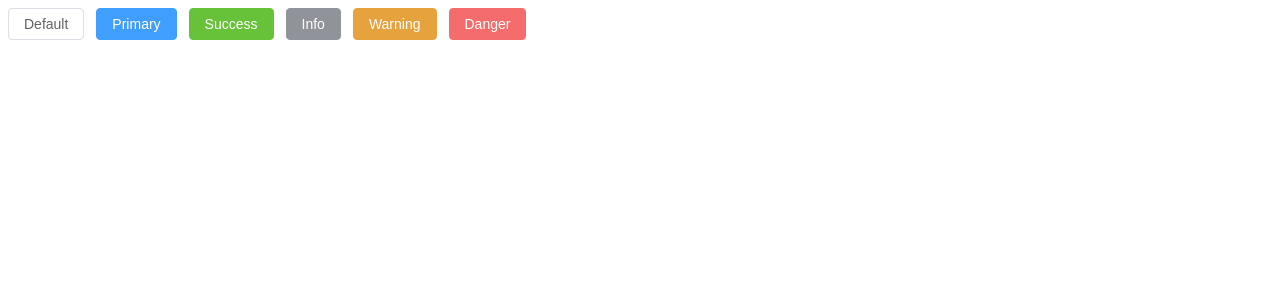
Repository: itpeilibo/vue3_admin-template
Page: /
The author's editor kept a copy of each file at every save. The page is drawn from the files as they stood at one save, then again after the next save.
The browser window is 1280 px wide. The pictures show the whole page.
The project was rebuilt for these pictures with package versions that can differ from the ones it lists, and the page was loaded fresh each time. Also part of the build but not shown: vite.config.ts.

Above is the page before, as saved 2023-12-05 14:05:05.

### index.html
<!doctype html>
<html lang="en">
  <head>
    <meta charset="UTF-8" />
    <link rel="icon" type="image/svg+xml" href="/vite.svg" />
    <meta name="viewport" content="width=device-width, initial-scale=1.0" />
    <title>V3 运营平台</title>
  </head>
  <body>
    <div id="app"></div>
    <script type="module" src="/src/main.ts"></script>
  </body>
</html>

### src/main.ts
import { createApp } from 'vue'

// 引入element-plus插件与样式
import ElementPlus from 'element-plus'
import 'element-plus/dist/index.css'

import App from './App.vue'
// 获取应用实例对象
const app = createApp(App)
// 安装element-plus插件
app.use(ElementPlus)
// 将应用挂载到挂载点上
app.mount('#app')

### src/App.vue
<template>
  <div>
    <el-button>Default</el-button>
    <el-button type="primary">Primary</el-button>
    <el-button type="success">Success</el-button>
    <el-button type="info">Info</el-button>
    <el-button type="warning">Warning</el-button>
    <el-button type="danger">Danger</el-button>
  </div>
</template>

<script lang="ts" setup></script>

<style></style>

After the next save:
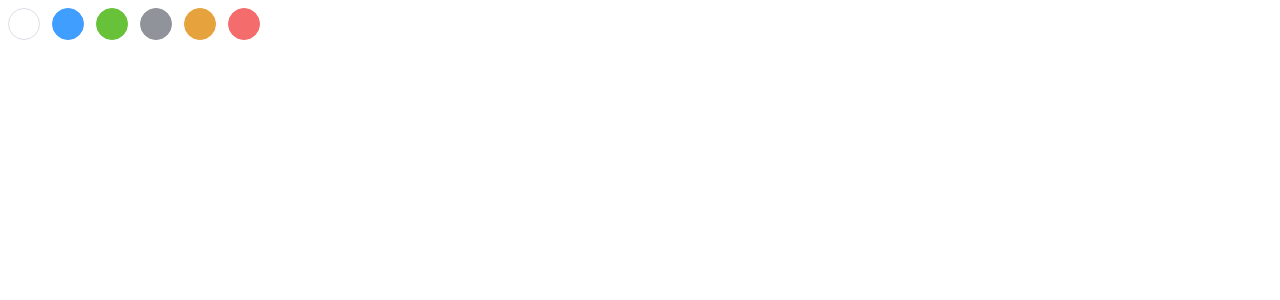
Saved 39 s later.
--- a/src/App.vue
+++ b/src/App.vue
@@ -1,11 +1,13 @@
 <template>
   <div>
-    <el-button>Default</el-button>
-    <el-button type="primary">Primary</el-button>
-    <el-button type="success">Success</el-button>
-    <el-button type="info">Info</el-button>
-    <el-button type="warning">Warning</el-button>
-    <el-button type="danger">Danger</el-button>
+    <el-row>
+      <el-button :icon="Search" circle />
+      <el-button type="primary" :icon="Edit" circle />
+      <el-button type="success" :icon="Check" circle />
+      <el-button type="info" :icon="Message" circle />
+      <el-button type="warning" :icon="Star" circle />
+      <el-button type="danger" :icon="Delete" circle />
+    </el-row>
   </div>
 </template>
 
